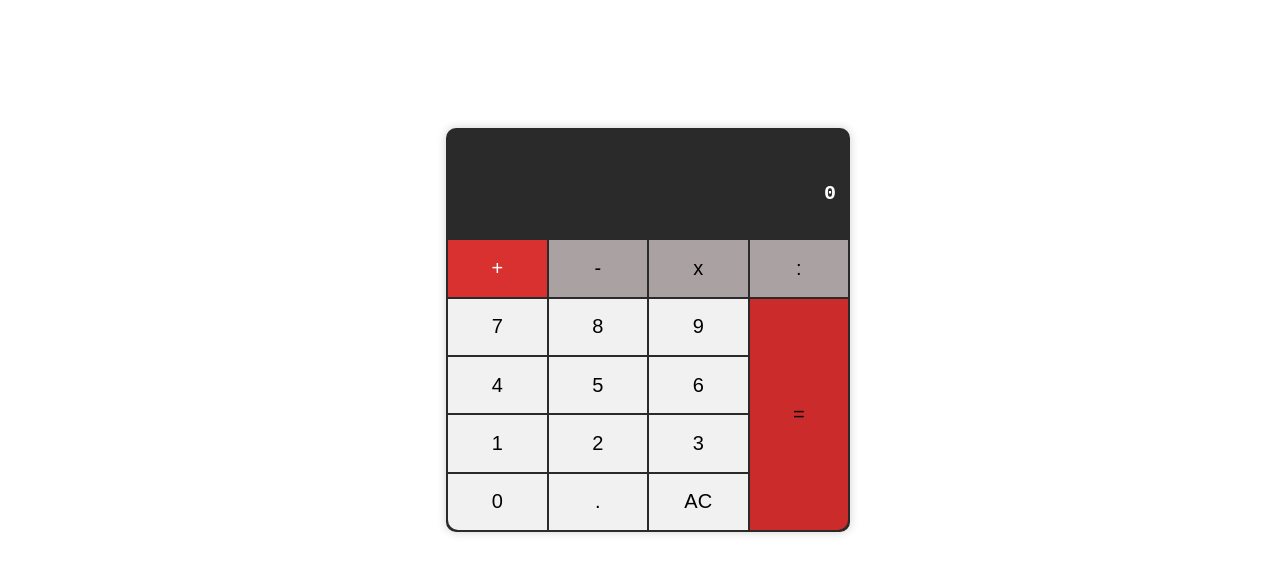
Repository: CryptoFamilyNFT/develhope
Page: css/Grid 2/calculator.html
An editor plug-in stored every save of this project. The page is shown before and after the next save, followed by the edit.
The browser window is 1280 px wide. The page is 1288 px wide, so the pictures cover 1288 px, including what lies to the right of the window. The pictures show the whole page.
The pointer rests on the first visible `button[id="operator"]`.

Above is the page before, as saved 2024-11-18 09:41:19.

### css/Grid 2/calculator.html
<!DOCTYPE html>
<html lang="en">

<head>
    <meta charset="UTF-8">
    <meta name="viewport" content="width=device-width, initial-scale=1.0">
    <title>Document</title>
    <link rel="stylesheet" href="calculator.css">
</head>

<body>
    <div class="container box-shadow border-br-10 border-bl-10">
        <div class="result span-4">
            0
        </div>
        <button id="operator" class="button span-1 operator">+</button>
        <button id="operator" class="button span-1 operator">-</button>
        <button id="operator" class="button span-1 operator">x</button>
        <button id="operator" class="button span-1 operator">:</button>
        <button class="button span-1">7</button>
        <button class="button span-1">8</button>
        <button class="button span-1">9</button>
        <button id="equal" class="button span-1 row-4 border-br-10">=</button>
        <button class="button span-1">4</button>
        <button class="button span-1">5</button>
        <button class="button span-1">6</button>
        <button class="button span-1">1</button>
        <button class="button span-1">2</button>
        <button class="button span-1">3</button>
        <button class="button span-1 border-bl-10">0</button>
        <button class="button span-1">.</button>
        <button class="button span-1">AC</button>
    </div>
</body>

</html>

### css/Grid 2/calculator.css
body {
    width: 100%;
    height: 100%;
    margin-top: 10%;
    display: flex;
    justify-content: center;
    align-items: center;
}

.container {
    height: 400px;
    width: 400px;
    display: grid;
    grid-template-columns: repeat(4, 1fr);
    border: 2px solid transparent;
    border-top-left-radius: 10px;
    border-top-right-radius: 10px;
    border-bottom-left-radius: 2px;
    border-bottom-right-radius: 2px;
    background-color: #2b2a2a;
    gap: 2px;
}

.result {
    display: flex;
    border: none;
    background-color: #2b2a2a;
    font-size: 20px;
    cursor: pointer;
    justify-content: flex-end;
    padding-right: 10px;
    padding-top: 50px;
    color: white;
    font-family: 'Courier New', Courier, monospace;
    font-weight: bold;
    border: 2px solid transparent;
    border-radius: 10px;
}

.span-1 {
    grid-column: span 1;
}


.span-2 {
    grid-column: span 2;
}

.span-3 {
    grid-column: span 3;
}

.span-4 {
    grid-column: span 4;
}

.row-4 {
    grid-row: span 4;
}

.border-bl-5 {
    border-bottom-left-radius: 5px;
}

.border-br-5 {
    border-bottom-right-radius: 5px;
}

.border-bl-10 {
    border-bottom-left-radius: 10px;
}

.border-br-10 {
    border-bottom-right-radius: 10px;
}

.box-shadow {
    box-shadow: 0 0 10px 0 rgba(24, 23, 23, 0.2);
}

.operator {
    background-color: #aaa2a2;
}

.operator:hover {
    background-color: #444242;
    color: white;
}

button {
    border: none;
    background-color: #f1f1f1;
    font-size: 20px;
    cursor: pointer;
}

button[id="equal"] {
    background-color: #cc2b2b;
}

button:not([id="equal"]):hover {
    background-color: #d5d1d1;
}

button[id="equal operator"]:hover {
    background-color: #d93030;
}

button[id="operator"]:hover {
    background-color: #d93030;
}

button:active {
    background-color: #d9d9d9;
}

button:focus {
    outline: none;
}

After the next save:
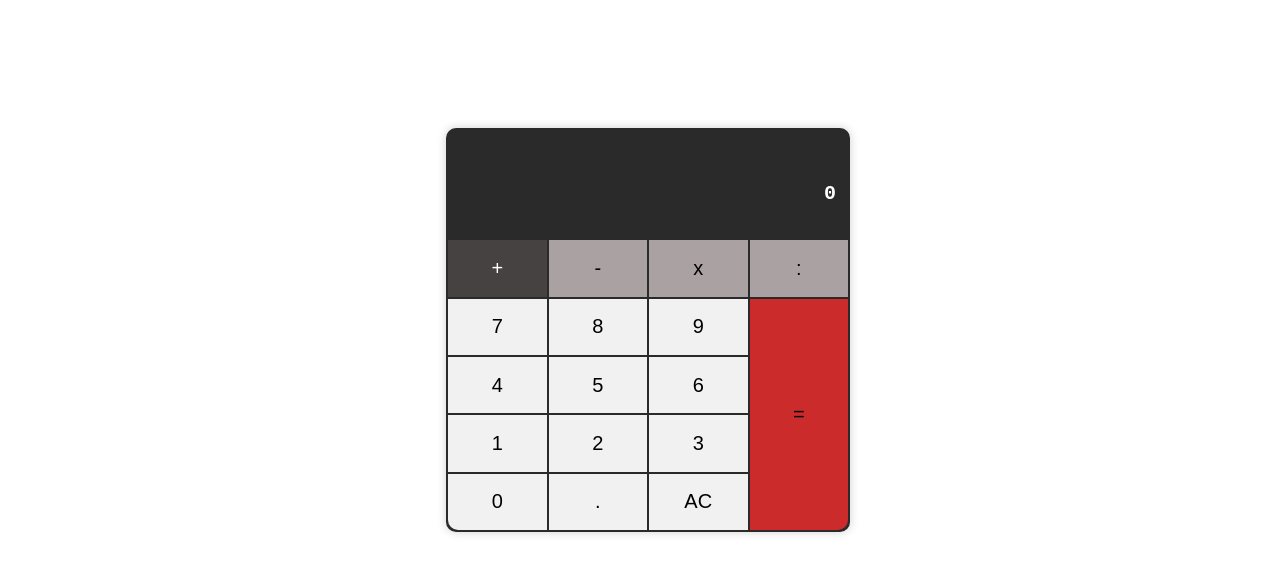
Saved 10 s later.
--- a/css/Grid 2/calculator.css
+++ b/css/Grid 2/calculator.css
@@ -107,7 +107,7 @@ button[id="equal operator"]:hover {
 }
 
 button[id="operator"]:hover {
-    background-color: #d93030;
+    background-color: #464242;
 }
 
 button:active {
